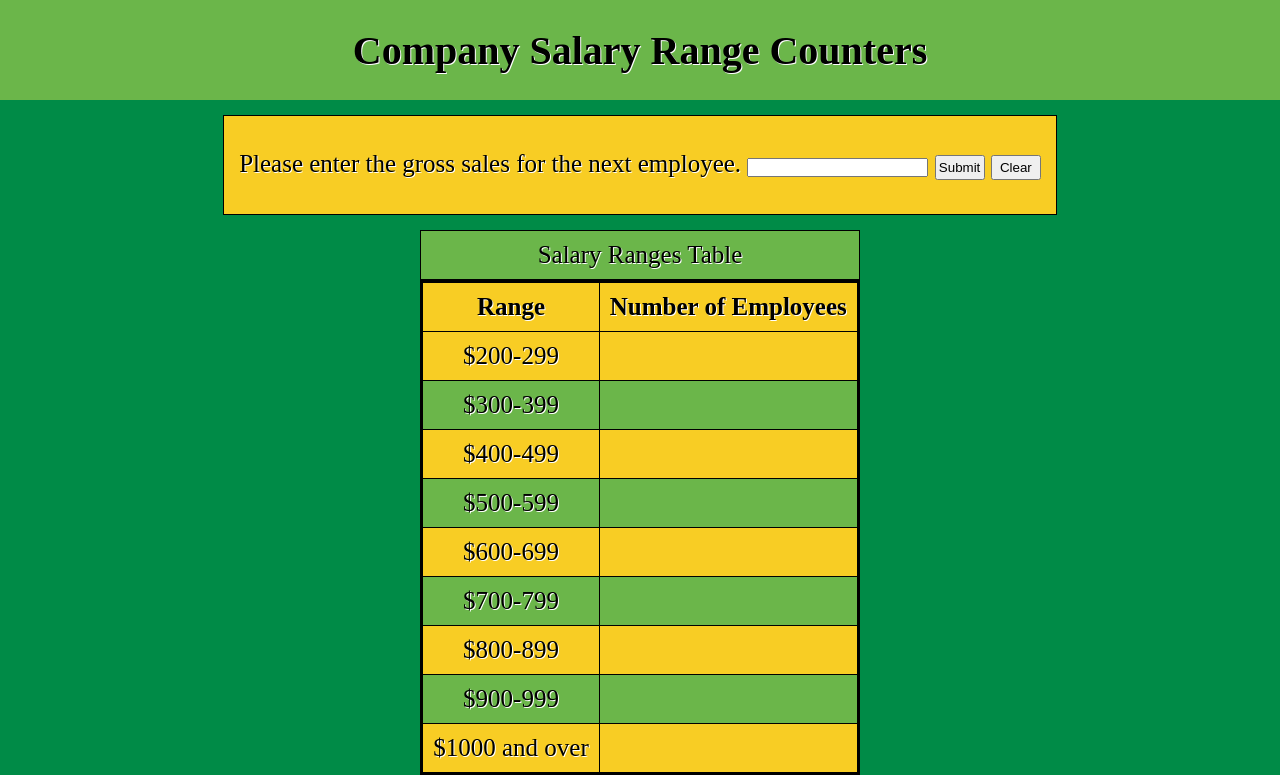
Repository: mlmEFSC21/P17-Sales-Commision
Page: sales.html
The author's editor kept a copy of each file at every save. The page is drawn from the files as they stood at one save, then again after the next save.
The browser window is 1280 px wide. The pictures show the whole page.

Above is the page before, as saved 2022-04-02 08:45:35.

### sales.html
<!DOCTYPE html>
<html lang="en">
    <head>
        <meta charset="UTF-8" />
        <meta http-equiv="X-UA-Compatible" content="IE=edge" />
        <meta name="viewport" content="width=device-width, initial-scale=1.0" />
        <link rel="stylesheet" href="sales.css" />
        <script defer src="sales.js"></script>
        <title>Company Salary Range Counters</title>
    </head>
    <body>
        <header class="mainHeader">
            <h1>Company Salary Range Counters</h1>
        </header>
        <section class="mainContent">
            <div class="formContainer" id="formContainer">
                <form class="salaryForm" id="salaryForm">
                    <label for="grossSales"
                        >Please enter the gross sales for the next employee.</label
                    >
                    <input type="text" name="grossSales" class="salesInp" id="salesInp" required />
                    <button type="submit" class="submit-btn" id="submit-btn">Submit</button>
                    <button type="reset" class="clear-btn" id="clear-btn">Clear</button>
                </form>
            </div>
            <div class="tableContainer" id="tableContainer">
                <table>
                    <caption>
                        Salary Ranges Table
                    </caption>
                    <thead>
                        <tr>
                            <th>Range</th>
                            <th>Number of Employees</th>
                        </tr>
                    </thead>
                    <tbody>
                        <tr>
                            <td>$200-299</td>
                            <td class="ranges" id="ranges"></td>
                        </tr>
                        <tr>
                            <td>$300-399</td>
                            <td class="ranges" id="ranges"></td>
                        </tr>
                        <tr>
                            <td>$400-499</td>
                            <td class="ranges" id="ranges"></td>
                        </tr>
                        <tr>
                            <td>$500-599</td>
                            <td class="ranges" id="ranges"></td>
                        </tr>
                        <tr>
                            <td>$600-699</td>
                            <td class="ranges" id="ranges"></td>
                        </tr>
                        <tr>
                            <td>$700-799</td>
                            <td class="ranges" id="ranges"></td>
                        </tr>
                        <tr>
                            <td>$800-899</td>
                            <td class="ranges" id="ranges"></td>
                        </tr>
                        <tr>
                            <td>$900-999</td>
                            <td class="ranges" id="ranges"></td>
                        </tr>
                        <tr>
                            <td>$1000 and over</td>
                            <td class="ranges" id="ranges"></td>
                        </tr>
                    </tbody>
                    <tfoot></tfoot>
                </table>
            </div>
        </section>
    </body>
</html>

### sales.css
:root {
    --clr-background: #008b47;
    --clr-primary: #f8cd24;
    --clr-secondary: #6bb64a;
}
*,
*::after,
*::before {
    box-sizing: border-box;
    margin: 0;
    padding: 0;
}
body {
    background-color: var(--clr-background);
    font-size: 20px;
    text-shadow: 1px 1px #fff;
}
.mainHeader {
    display: flex;
    align-items: center;
    justify-content: center;
    height: 100px;
    background-color: var(--clr-secondary);
}

.mainContent {
    display: flex;
    flex-direction: column;
}
.formContainer {
    display: flex;
    height: 100px;
    font-size: 1.25em;
    align-self: center;
    justify-self: center;
    align-items: center;
    justify-content: center;
    border: 1px ridge black;
    margin: 15px;
    padding: 15px;
    background-color: var(--clr-primary);
}
.tableContainer {
    justify-self: center;
    align-self: center;
}
table {
    border-collapse: collapse;
    border: 3px solid black;
    font-size: 1.25em;
    background-color: var(--clr-primary);
}
th,
tr,
td {
    border: 1px solid black;
    margin: 10px;
    padding: 10px;
    text-align: center;
}
caption {
    border: 1px solid black;
    padding: 10px;
    text-align: center;
    background-color: var(--clr-secondary);
}
tr:nth-child(even) {
    background-color: var(--clr-secondary);
}
button {
    height: 25px;
    width: 50px;
}

### sales.js
//  base salary = $200 + commission
// commission = gross sales * 9%
// range floor / 100 - 2 = index 0 - 8
// test: x1 = Math.floor(218 / 100) - 2;
// works for all ranges below the last. Just check for >1000 first.
const baseSalary = 200;
let commissionAmount = 0;
let totalSalary = 0;
let employeeNum = 0;
let salaryRanges = [0, 0, 0, 0, 0, 0, 0, 0, 0];
let weeklyGrossSales = [];

const form = document.querySelector("#salaryForm");
const salesInput = document.getElementById("salesInp");
const td = document.querySelectorAll("td#ranges");
form.addEventListener("submit", getWeeklySal);
const resetBtn = document.querySelector("#clear-btn");
resetBtn.addEventListener("click", clearAllSalaries);

function getWeeklySal(e) {
    e.preventDefault();
    employeeNum++;
    weeklyGrossSales = parseInt(salesInput.value);
    calcCommission();
    calcTotalWeeklySalary();
    calcSalaryRange(totalSalary);
    fillRangeCol();
    salesInput.value = "";
}
function calcCommission() {
    commissionAmount = weeklyGrossSales * 0.09;
}
function calcTotalWeeklySalary() {
    totalSalary = baseSalary + commissionAmount;
    console.log(totalSalary);
    console.log(salaryRanges);
}
function calcSalaryRange(totalSalary) {
    if (totalSalary >= 1000) {
        salaryRanges[8] += 1;
    } else if (totalSalary < 1000) {
        let i = Math.floor(totalSalary / 100) - 2;
        salaryRanges[i] = salaryRanges[i] + 1;
    }
}
//append the table
function fillRangeCol() {
    for (let i = 0; i < salaryRanges.length; i++) {
        td[i].innerText = salaryRanges[i];
    }
}
//reset button
function clearAllSalaries() {
    salesInput.value = "";
    salaryRanges = [0, 0, 0, 0, 0, 0, 0, 0, 0];
    weeklyGrossSales = [];
    for (let i = 0; i < salaryRanges.length; i++) {
        td[i].innerText = 0;
    }
}

console.log(salaryRanges);
console.log(weeklyGrossSales);

After the next save:
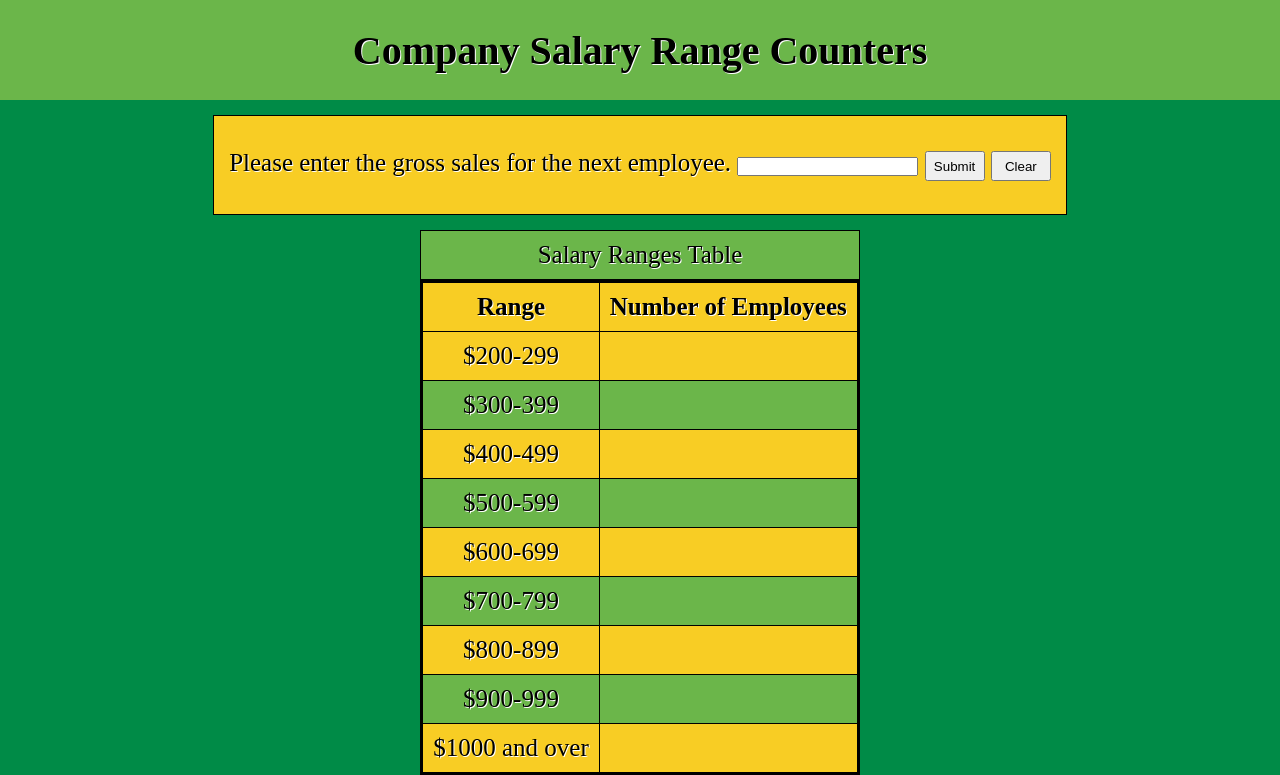
Saved 25 s later.
--- a/sales.css
+++ b/sales.css
@@ -68,6 +68,6 @@ tr:nth-child(even) {
     background-color: var(--clr-secondary);
 }
 button {
-    height: 25px;
-    width: 50px;
+    height: 30px;
+    width: 60px;
 }
